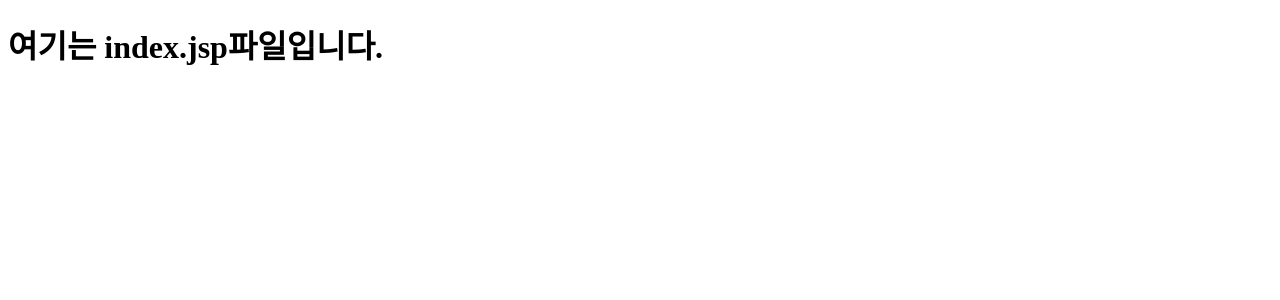
Repository: dychung1021/newrepository
Page: http://localhost/JSP02/
The author's editor kept a copy of each file at every save. The page is drawn from the files as they stood at one save, then again after the next save.
The browser window is 1280 px wide. The pictures show the whole page.
The page is served by Tomcat 9.

Above is the page before, as saved 2024-05-09 07:04:15.

After the next save:
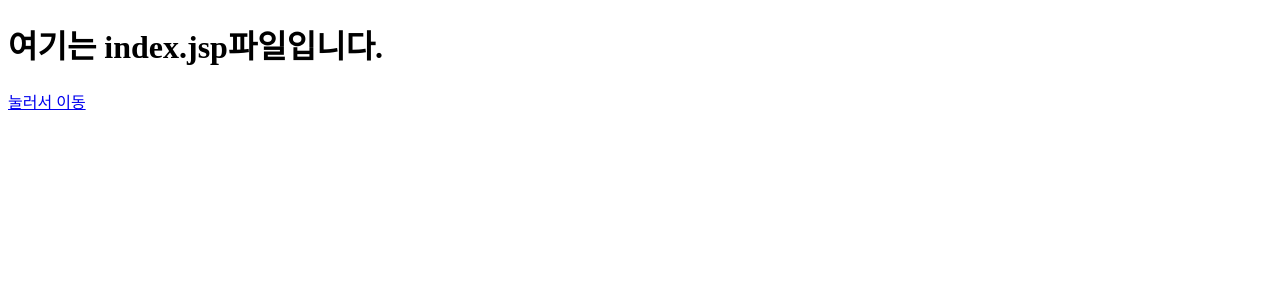
Saved 61 s later.
--- a/JSP/JSP02/src/main/webapp/index.jsp
+++ b/JSP/JSP02/src/main/webapp/index.jsp
@@ -8,6 +8,6 @@
 </head>
 <body>
 	<h1>여기는 index.jsp파일입니다.</h1>
-
+	<a href="next.jsp">눌러서 이동</a>
 </body>
 </html>
